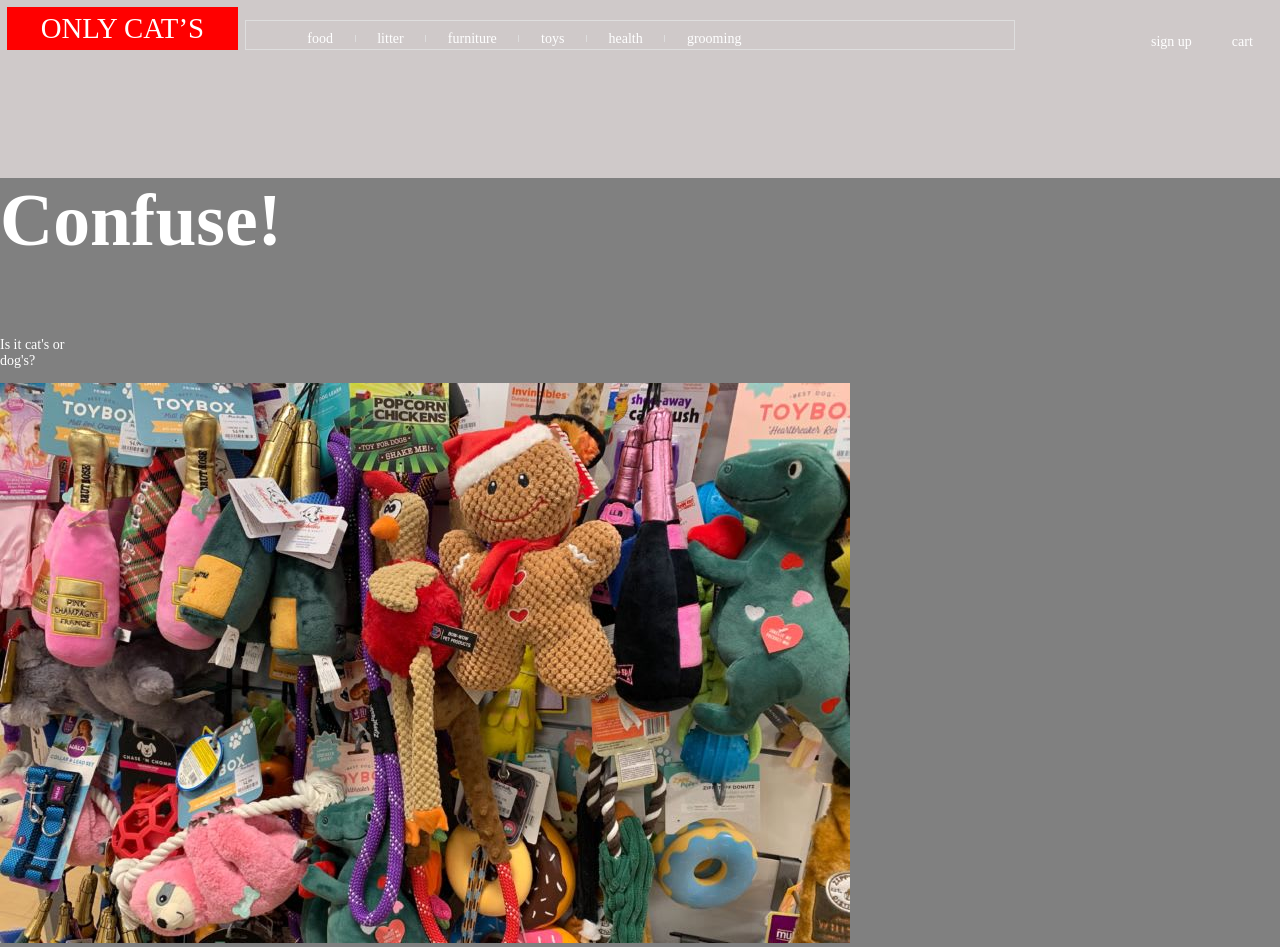
Repository: itson1115/chan_git
Page: cat/index2.html
These files come from the project's save history. The page is drawn as it stood at one moment and after the next save; the edit follows.
The browser window is 1280 px wide. The pictures show the whole page.

Above is the page before, as saved 2021-09-02 04:29:52.

After the next save:
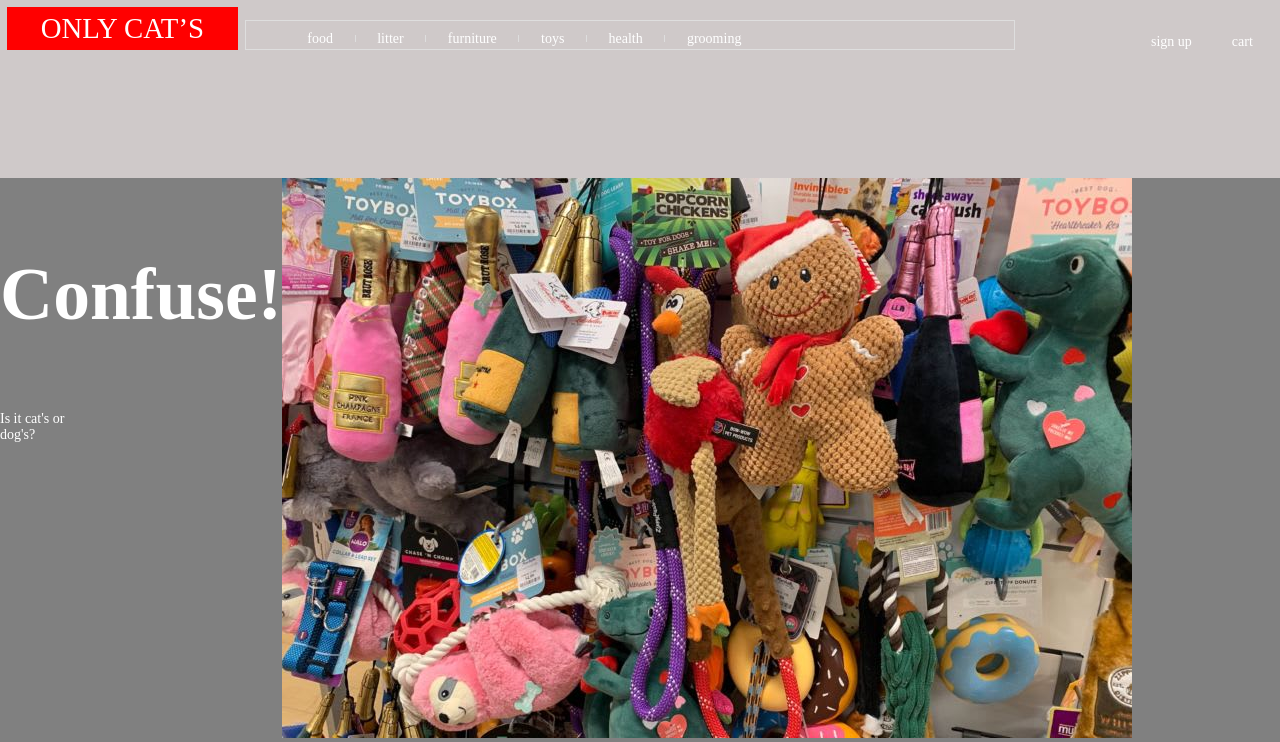
Saved 4 s later.
--- a/cat/css/style2.css
+++ b/cat/css/style2.css
@@ -103,4 +103,6 @@
   filter: drop-shadow(1vmin 1vmin 1vmin rgba(0, 0, 0, 0.3));
 }
 
-.article-body
+.article-body {
+  float: left;
+}
